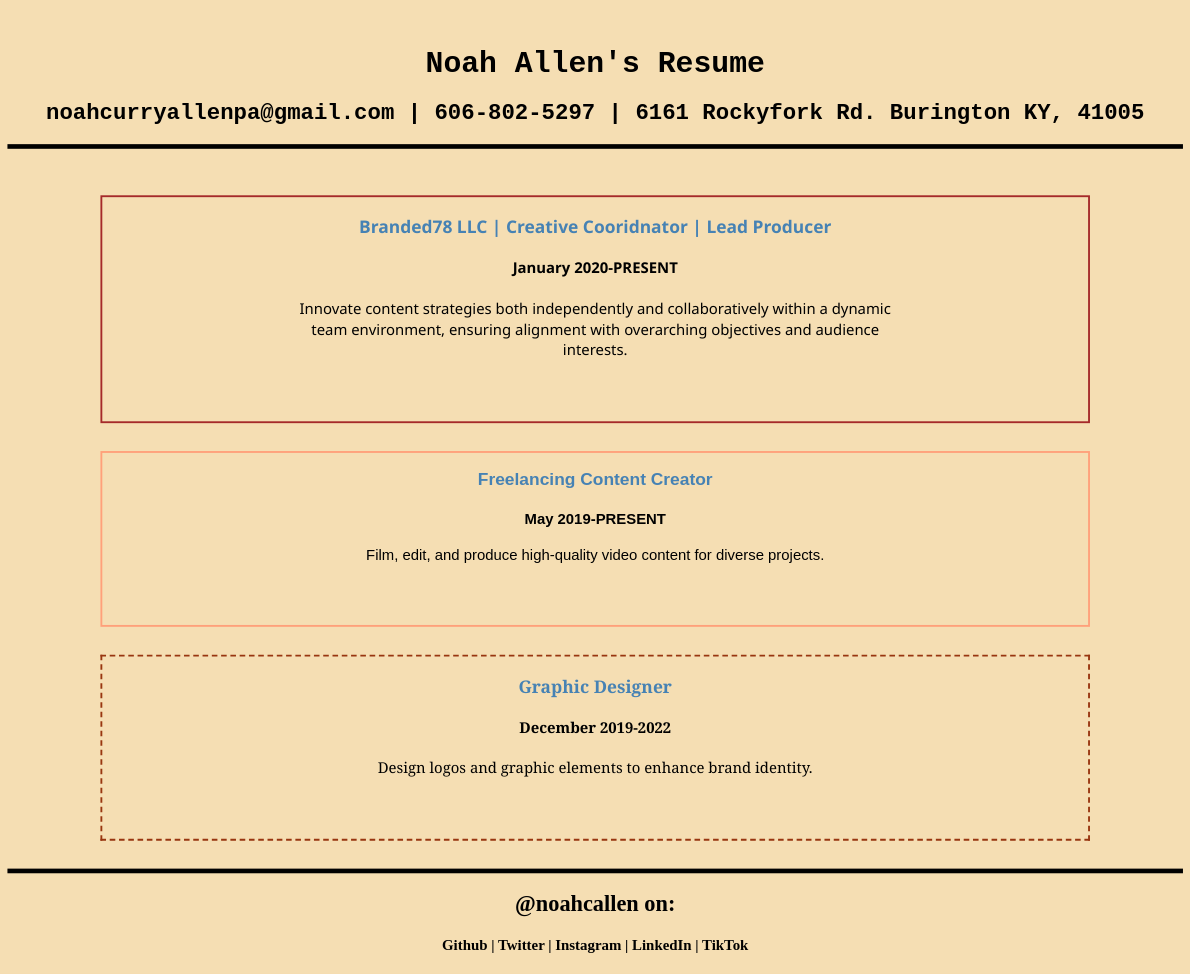
Repository: noahcallen/LAB-HTML-Resume
Page: index.html
The author's editor kept a copy of each file at every save. The page is drawn from the files as they stood at one save, then again after the next save.
The browser window is 1280 px wide. The pictures show the whole page, at 93% of full size.

Above is the page before, as saved 2024-07-08 22:07:38.

After the next save:
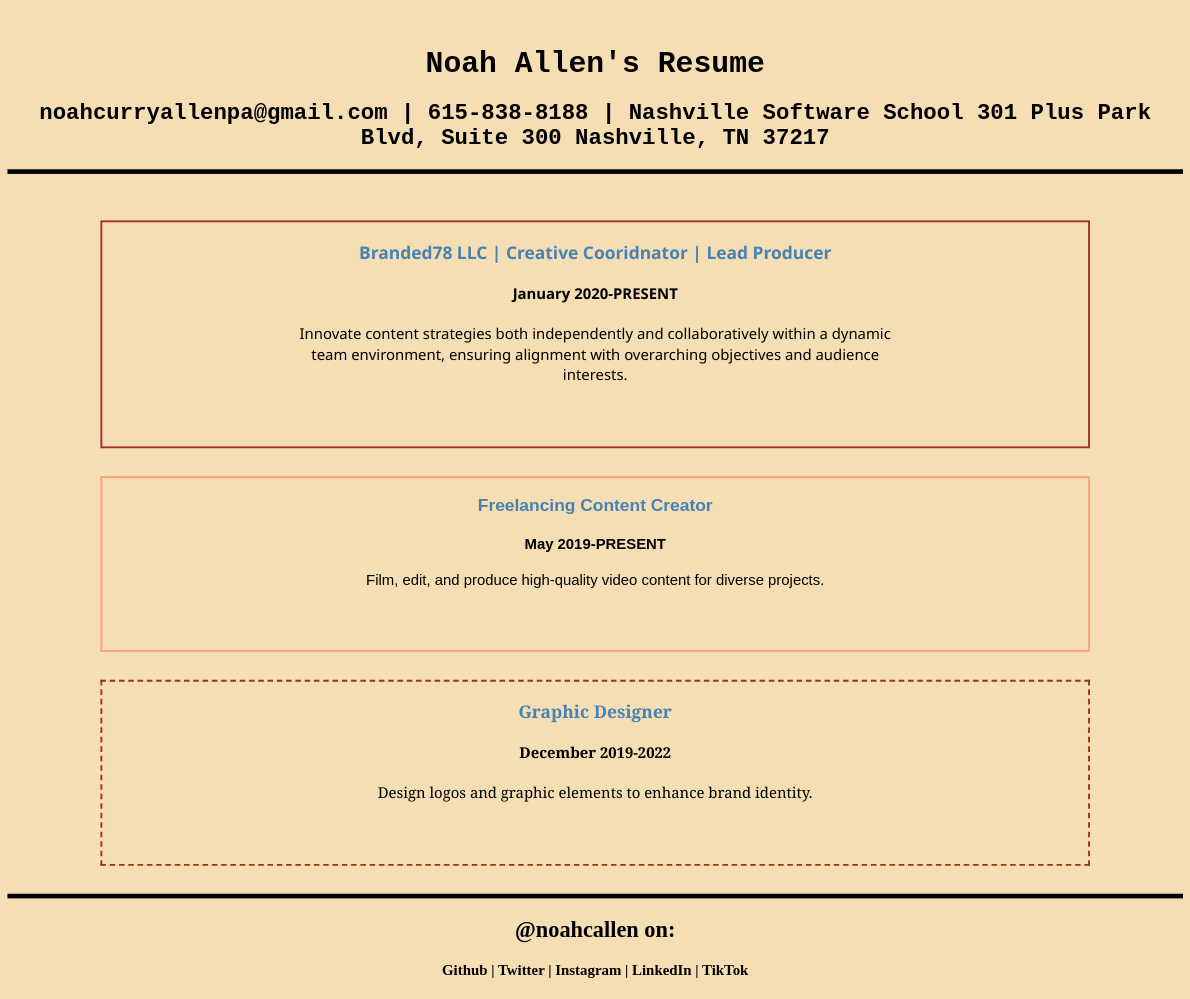
Saved 2 min 53 s later.
--- a/index.html
+++ b/index.html
@@ -11,7 +11,9 @@
   <div class="HEADER">
   <!--HEADER-->
   <h1>Noah Allen's Resume</h1>
-  <h2> noahcurryallenpa@gmail.com | 606-802-5297 | 6161 Rockyfork Rd. Burington KY, 41005</h2>
+  <h2> noahcurryallenpa@gmail.com | 615-838-8188 | Nashville Software School
+    301 Plus Park Blvd, Suite 300
+    Nashville, TN 37217</h2>
 <!--END HEADER-->
   </div>
 
